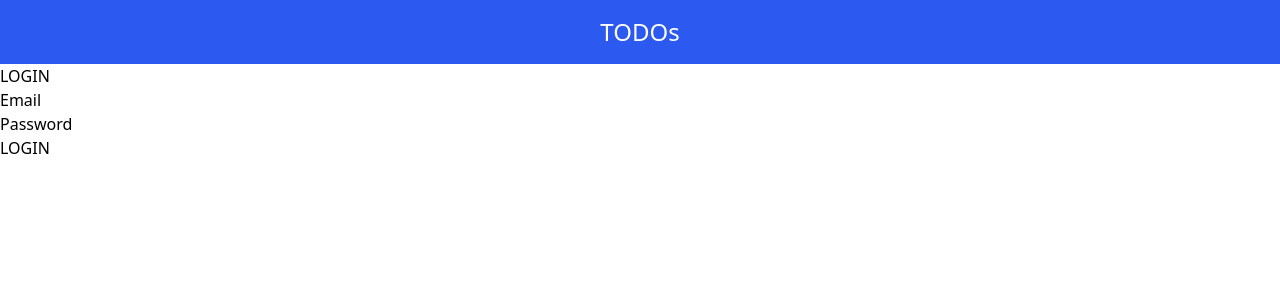
Repository: Jay-JYKim91/wanted-pre-onboarding-challenge-fe-1
Page: /auth
These files come from the project's save history. The page is drawn as it stood at one moment and after the next save; the edit follows.
The browser window is 1280 px wide. The pictures show the whole page.
The project was rebuilt for these pictures with package versions that can differ from the ones it lists, and the page was loaded fresh each time.

Above is the page before, as saved 2022-07-29 19:48:02.

After the next save:
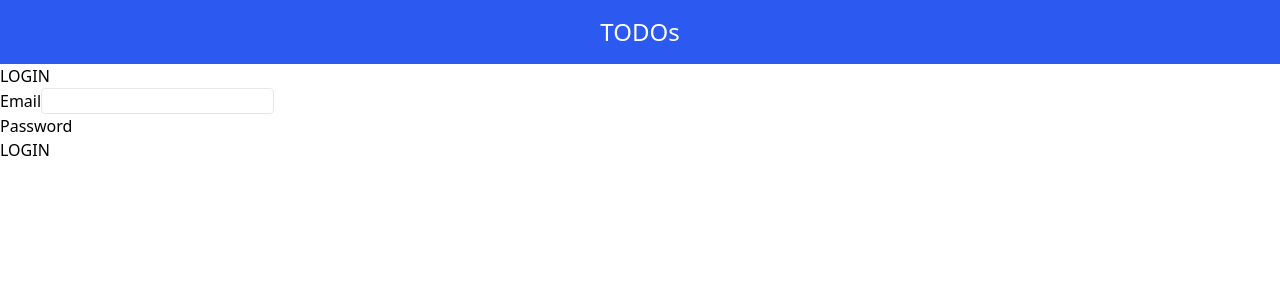
Saved 16 s later.
--- a/src/page/Auth.tsx
+++ b/src/page/Auth.tsx
@@ -8,13 +8,12 @@ function Auth() {
         <form>
           <div>
             <label htmlFor="emailForLogin">Email</label>
-            <input type="email" id="emailForLogin" />
+            <input type="email" id="emailForLogin" className="border rounded" />
           </div>
           <div>
             <label htmlFor="passwordForLogin">Password</label>
             <input type="password" id="passwordForLogin" />
           </div>
-
           <button type="button">LOGIN</button>
         </form>
       </div>
